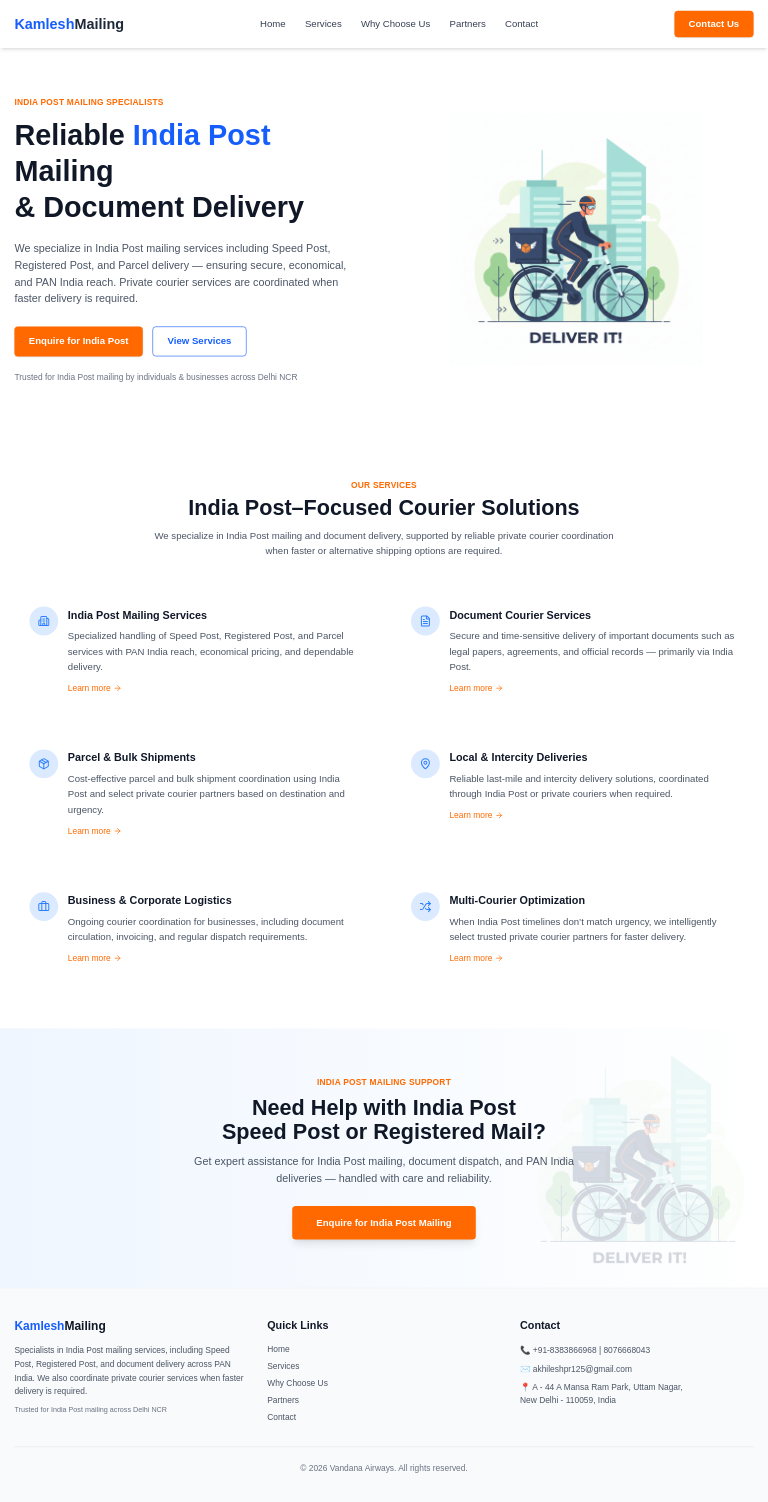
Repository: Rohit-foryou/Courier-Portfolio
Page: /
These files come from the project's save history. The page is drawn as it stood at one moment and after the next save; the edit follows.
The browser window is 1280 px wide. The pictures show the whole page, at 60% of full size.
The project was rebuilt for these pictures with package versions that can differ from the ones it lists, and the page was loaded fresh each time. The framework's server and built-in components were replaced by stand-ins that run in the browser. Also part of the build but not shown: next.config.ts.

Above is the page before, as saved 2026-02-11 01:16:52.

### app/layout.tsx
import "./globals.css";
import Navbar from "../components/Navbar";
import Footer from "../components/Fotter";

export const metadata = {
  title: "Courier Portfolio",
  description: "Courier & logistics service portfolio website",
};

export default function RootLayout({
  children,
}: {
  children: React.ReactNode;
}) {
  return (
    <html lang="en">
      <body>
        <Navbar />
        <main className="min-h-screen">{children}</main>
        <Footer />
      </body>
    </html>
  );
}

### app/page.tsx
import HeroSection from "../components/HeroSection";
import ServicesOverview from "../components/ServiceOverview";
import CTASection from "../components/CTASection";

export default function HomePage() {
  return (
    <>
      <HeroSection />
      <ServicesOverview />
      <CTASection />
    </>
  );
}

### components/Navbar.tsx
import Link from "next/link";

export default function Navbar() {
  return (
    <nav className="w-full bg-white sticky top-0 z-50 shadow-md">
      <div className="max-w-7xl mx-auto px-6">
        <div className="flex items-center justify-between h-20">

          {/* Logo */}
          <Link href="/" className="flex items-center">
            <span className="text-2xl font-bold text-blue-600">
              Kamlesh<span className="text-gray-800">Mailing</span>
            </span>
          </Link>

          {/* Navigation Links */}
          <div className="hidden md:flex items-center space-x-8 text-gray-700 font-medium">
            {["Home", "Services", "Why Choose Us", "Partners", "Contact"].map(
              (item) => (
                <Link
                  key={item}
                  href={item === "Home" ? "/" : `/${item.toLowerCase().replace(/\s/g, "-")}`}
                  className="relative hover:text-blue-600 transition after:absolute after:left-0 after:-bottom-1 after:w-0 after:h-[2px] after:bg-orange-500 hover:after:w-full after:transition-all"
                >
                  {item}
                </Link>
              )
            )}
          </div>

          {/* CTA Button */}
          <Link
            href="/contact"
            className="bg-orange-500 text-white px-6 py-2.5 rounded-md font-semibold hover:bg-orange-600 transition shadow-sm"
          >
Contact Us          </Link>
        </div>
      </div>
    </nav>
  );
}

### components/Fotter.tsx
import Link from "next/link";

export default function Footer() {
  return (
    <footer className="bg-gray-50 border-t border-gray-200">
      <div className="max-w-7xl mx-auto px-6 py-12">
        <div className="grid grid-cols-1 md:grid-cols-3 gap-8">

          {/* Brand / About */}
          <div>
            <h3 className="text-xl font-bold text-blue-600">
              Kamlesh<span className="text-gray-900">Mailing</span>
            </h3>

            <p className="mt-4 text-gray-600 text-sm leading-relaxed">
              Specialists in India Post mailing services, including Speed Post,
              Registered Post, and document delivery across PAN India. We also
              coordinate private courier services when faster delivery is
              required.
            </p>

            <p className="mt-3 text-xs text-gray-500">
              Trusted for India Post mailing across Delhi NCR
            </p>
          </div>

          {/* Quick Links */}
          <div>
            <h4 className="text-lg font-semibold text-gray-900 mb-4">
              Quick Links
            </h4>
            <ul className="space-y-2 text-sm">
              {[
                { name: "Home", href: "/" },
                { name: "Services", href: "/services" },
                { name: "Why Choose Us", href: "/why-choose-us" },
                { name: "Partners", href: "/partners" },
                { name: "Contact", href: "/contact" },
              ].map((link) => (
                <li key={link.name}>
                  <Link
                    href={link.href}
                    className="
                      text-gray-600
                      hover:text-blue-600
                      hover:underline
                      underline-offset-4
                      transition
                    "
                  >
                    {link.name}
                  </Link>
                </li>
              ))}
            </ul>
          </div>

          {/* Contact Info */}
          <div>
            <h4 className="text-lg font-semibold text-gray-900">
              Contact
            </h4>
            <ul className="mt-4 space-y-2 text-gray-600 text-sm leading-relaxed">
              <li>📞 +91-8383866968 | 8076668043</li>
              <li>✉️ akhileshpr125@gmail.com</li>
              <li>
                📍 A - 44 A Mansa Ram Park, Uttam Nagar,
                <br />
                New Delhi - 110059, India
              </li>
            </ul>
          </div>
        </div>

        {/* Bottom Bar */}
        <div className="mt-10 border-t border-gray-200 pt-6 text-center text-sm text-gray-500">
          © {new Date().getFullYear()} Vandana Airways. All rights reserved.
        </div>
      </div>
    </footer>
  );
}

### components/HeroSection.tsx
import Link from "next/link";
import Image from "next/image";

export default function HeroSection() {
  return (
    <section className="bg-white">
      <div className="max-w-7xl mx-auto px-6 py-20 grid grid-cols-1 md:grid-cols-2 gap-12 items-center">

        {/* Left Content */}
        <div>
          <p className="text-sm font-semibold text-orange-500 uppercase tracking-wide">
            India Post Mailing Specialists
          </p>

          <h1 className="mt-4 text-4xl md:text-5xl font-bold text-gray-900 leading-tight">
            Reliable <span className="text-blue-600">India Post</span> Mailing
            <br /> & Document Delivery
          </h1>

          <p className="mt-6 text-lg text-gray-600 max-w-xl">
            We specialize in India Post mailing services including Speed Post,
            Registered Post, and Parcel delivery — ensuring secure, economical,
            and PAN India reach. Private courier services are coordinated when
            faster delivery is required.
          </p>

          {/* CTA Buttons */}
          <div className="mt-8 flex flex-wrap gap-4">
            <Link
              href="/contact"
              className="bg-orange-500 text-white px-6 py-3 rounded-md font-semibold hover:bg-orange-600 transition shadow-sm"
            >
              Enquire for India Post
            </Link>

            <Link
              href="/services"
              className="border border-blue-600 text-blue-600 px-6 py-3 rounded-md font-semibold hover:bg-blue-50 transition"
            >
              View Services
            </Link>
          </div>

          {/* Trust Signal */}
          <p className="mt-6 text-sm text-gray-500">
            Trusted for India Post mailing by individuals & businesses across Delhi NCR
          </p>
        </div>

        {/* Right Visual */}
        <div className="flex justify-center">
          <Image
            src="/images/courier-illustration.png"
            alt="India Post mailing and courier coordination illustration"
            width={420}
            height={320}
            className="object-contain"
            priority
          />
        </div>
      </div>
    </section>
  );
}

### components/ServiceOverview.tsx
import ServiceCard from "./ServiceCard";
import {
  FileText,
  Package,
  Building2,
  MapPin,
  Briefcase,
  Shuffle,
} from "lucide-react";

export default function ServiceOverview() {
  return (
    <section className="bg-white py-20">
      <div className="max-w-7xl mx-auto px-6">

        {/* Section Header */}
        <div className="text-center max-w-3xl mx-auto">
          <p className="text-sm font-semibold text-orange-500 uppercase tracking-wide">
            Our Services
          </p>
          <h2 className="mt-2 text-3xl md:text-4xl font-bold text-gray-900">
            India Post–Focused Courier Solutions
          </h2>
          <p className="mt-4 text-gray-600">
            We specialize in India Post mailing and document delivery, supported
            by reliable private courier coordination when faster or alternative
            shipping options are required.
          </p>
        </div>

        {/* Services Grid */}
        <div className="mt-14 grid grid-cols-1 md:grid-cols-2 gap-10">

          {/* PRIMARY SERVICE */}
          <ServiceCard
            title="India Post Mailing Services"
            description="Specialized handling of Speed Post, Registered Post, and Parcel services with PAN India reach, economical pricing, and dependable delivery."
            icon={<Building2 size={20} />}
          />

          <ServiceCard
            title="Document Courier Services"
            description="Secure and time-sensitive delivery of important documents such as legal papers, agreements, and official records — primarily via India Post."
            icon={<FileText size={20} />}
          />

          <ServiceCard
            title="Parcel & Bulk Shipments"
            description="Cost-effective parcel and bulk shipment coordination using India Post and select private courier partners based on destination and urgency."
            icon={<Package size={20} />}
          />

          <ServiceCard
            title="Local & Intercity Deliveries"
            description="Reliable last-mile and intercity delivery solutions, coordinated through India Post or private couriers when required."
            icon={<MapPin size={20} />}
          />

          <ServiceCard
            title="Business & Corporate Logistics"
            description="Ongoing courier coordination for businesses, including document circulation, invoicing, and regular dispatch requirements."
            icon={<Briefcase size={20} />}
          />

          <ServiceCard
            title="Multi-Courier Optimization"
            description="When India Post timelines don’t match urgency, we intelligently select trusted private courier partners for faster delivery."
            icon={<Shuffle size={20} />}
          />
        </div>
      </div>
    </section>
  );
}

### components/CTASection.tsx
import Link from "next/link";
import Image from "next/image";

export default function CTASection() {
  return (
    <section className="relative overflow-hidden bg-gradient-to-r from-blue-50 to-white py-20">

      {/* Background Illustration */}
      <div className="absolute right-0 top-0 h-full w-1/3 opacity-20 hidden md:block pointer-events-none">
        <Image
          src="/images/courier-illustration.png"
          alt="India Post mailing illustration"
          fill
          className="object-contain"
        />
      </div>

      {/* Content */}
      <div className="relative max-w-4xl mx-auto text-center px-6">
        <p className="text-sm font-semibold text-orange-500 uppercase tracking-wide">
          India Post Mailing Support
        </p>

        <h2 className="mt-3 text-3xl md:text-4xl font-bold text-gray-900">
          Need Help with India Post
          <br className="hidden sm:block" /> Speed Post or Registered Mail?
        </h2>

        <p className="mt-4 text-gray-600 text-lg max-w-2xl mx-auto">
          Get expert assistance for India Post mailing, document dispatch,
          and PAN India deliveries — handled with care and reliability.
        </p>

        {/* SINGLE CTA */}
        <Link
          href="/contact"
          className="
            inline-block mt-8
            bg-orange-500 text-white
            px-10 py-4 rounded-md
            text-base font-semibold
            hover:bg-orange-600 hover:scale-[1.04]
            transition-all shadow-lg
          "
        >
          Enquire for India Post Mailing
        </Link>
      </div>
    </section>
  );
}

### components/ServiceCard.tsx
import Link from "next/link";
import { ArrowRight } from "lucide-react";
import { ReactNode } from "react";

type ServiceCardProps = {
  title: string;
  description: string;
  icon: ReactNode;
};

export default function ServiceCard({
  title,
  description,
  icon,
}: ServiceCardProps) {
  return (
    <div className="group flex gap-4 p-6 bg-white hover:bg-gray-50 transition rounded-lg border border-transparent hover:border-gray-200">

      {/* Icon */}
      <div className="flex-shrink-0">
        <div className="w-12 h-12 rounded-full bg-blue-100 flex items-center justify-center text-blue-500">
          {icon}
        </div>
      </div>

      {/* Content */}
      <div>
        <h3 className="text-lg font-semibold text-gray-900">
          {title}
        </h3>

        <p className="mt-2 text-gray-600 leading-relaxed">
          {description}
        </p>

        <Link
          href="/services"
          className="inline-flex items-center gap-1 mt-3 text-sm font-medium text-orange-500 hover:gap-2 transition-all"
        >
          Learn more <ArrowRight size={14} />
        </Link>
      </div>
    </div>
  );
}

Loaded but not shown: app/globals.css (common file)

After the next save:
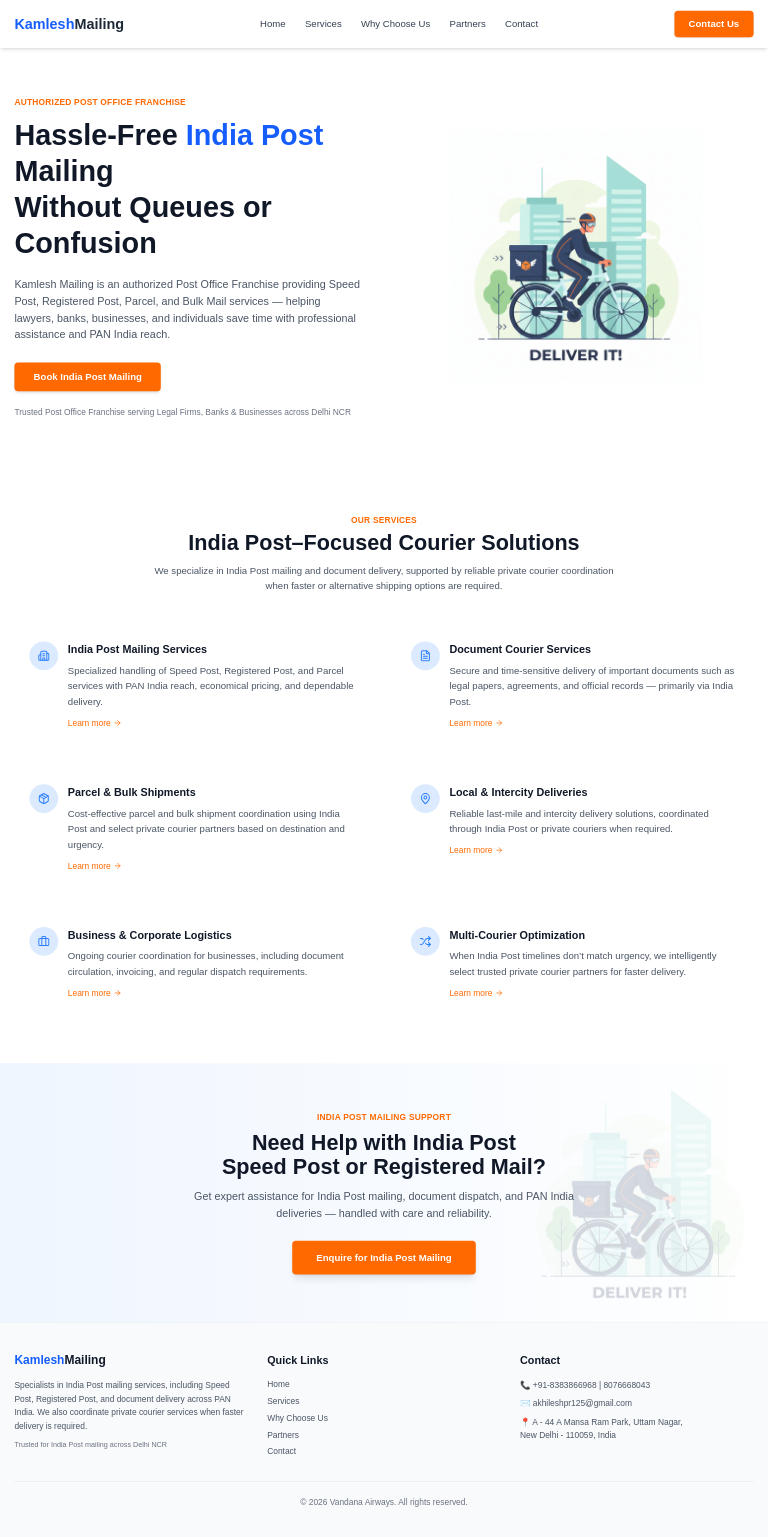
Saved 9 min 5 s later.
--- a/components/HeroSection.tsx
+++ b/components/HeroSection.tsx
@@ -9,41 +9,39 @@
         {/* Left Content */}
         <div>
           <p className="text-sm font-semibold text-orange-500 uppercase tracking-wide">
-            India Post Mailing Specialists
+            Authorized Post Office Franchise
           </p>
 
           <h1 className="mt-4 text-4xl md:text-5xl font-bold text-gray-900 leading-tight">
-            Reliable <span className="text-blue-600">India Post</span> Mailing
-            <br /> & Document Delivery
+            Hassle-Free <span className="text-blue-600">India Post</span> Mailing
+            <br /> Without Queues or Confusion
           </h1>
 
           <p className="mt-6 text-lg text-gray-600 max-w-xl">
-            We specialize in India Post mailing services including Speed Post,
-            Registered Post, and Parcel delivery — ensuring secure, economical,
-            and PAN India reach. Private courier services are coordinated when
-            faster delivery is required.
+            Kamlesh Mailing is an authorized Post Office Franchise providing
+            Speed Post, Registered Post, Parcel, and Bulk Mail services —
+            helping lawyers, banks, businesses, and individuals save time with
+            professional assistance and PAN India reach.
           </p>
 
-          {/* CTA Buttons */}
-          <div className="mt-8 flex flex-wrap gap-4">
+          {/* Primary CTA */}
+          <div className="mt-8">
             <Link
               href="/contact"
-              className="bg-orange-500 text-white px-6 py-3 rounded-md font-semibold hover:bg-orange-600 transition shadow-sm"
+              className="
+                inline-block bg-orange-500 text-white
+                px-8 py-3 rounded-md font-semibold
+                hover:bg-orange-600 hover:scale-[1.03]
+                transition-all shadow-md
+              "
             >
-              Enquire for India Post
-            </Link>
-
-            <Link
-              href="/services"
-              className="border border-blue-600 text-blue-600 px-6 py-3 rounded-md font-semibold hover:bg-blue-50 transition"
-            >
-              View Services
+              Book India Post Mailing
             </Link>
           </div>
 
           {/* Trust Signal */}
           <p className="mt-6 text-sm text-gray-500">
-            Trusted for India Post mailing by individuals & businesses across Delhi NCR
+            Trusted Post Office Franchise serving Legal Firms, Banks & Businesses across Delhi NCR
           </p>
         </div>
 
@@ -51,7 +49,7 @@
         <div className="flex justify-center">
           <Image
             src="/images/courier-illustration.png"
-            alt="India Post mailing and courier coordination illustration"
+            alt="India Post mailing and post office franchise services illustration"
             width={420}
             height={320}
             className="object-contain"
